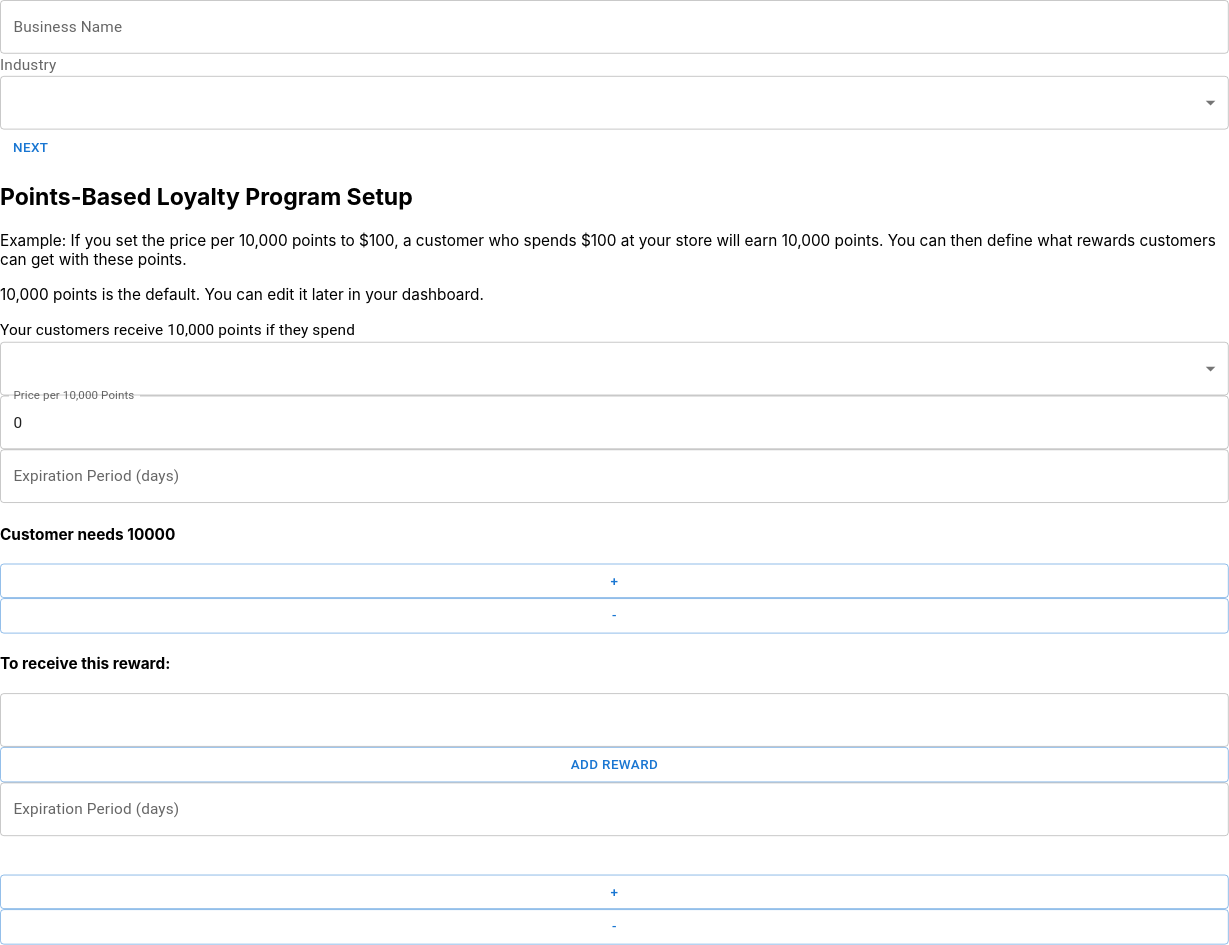
Repository: Armstrong2035/loyaltyTrackr
Page: /onboarding (app in loyalty-trackr/)
These files come from the project's save history. The page is drawn as it stood at one moment and after the next save; the edit follows.
The browser window is 1280 px wide. The pictures show the whole page, at 96% of full size.
The project was rebuilt for these pictures with package versions that can differ from the ones it lists, and the page was loaded fresh each time. Also part of the build but not shown: loyalty-trackr/src/firebase.js, loyalty-trackr/src/Authentication/Signup.js, loyalty-trackr/src/Home/Home.js, loyalty-trackr/src/Authentication/Login.js.

Above is the page before, as saved 2024-06-07 12:53:29.

### loyalty-trackr/src/App.js
import React from "react";
import { Signup } from "./Authentication/Signup";
import { HomePage } from "./Home/Home";
import { BusinessDetails } from "./Onboarding/BusinessDetails/BusinessDetails";
import Login from "./Authentication/Login";
import { Route, Routes } from "react-router-dom";
import { Onboarding } from "./Onboarding/Onboarding";

function App() {
  return (
    <>
      <Routes>
        <Route path="/" element={<HomePage />} />
        <Route path="/signup" element={<Signup />} />
        <Route path="/login" element={<Login />} />
        <Route path="/onboarding" element={<Onboarding />} />
      </Routes>
    </>
  );
}

export default App;

### loyalty-trackr/src/Onboarding/BusinessDetails/BusinessDetails.js
import React, { useState } from "react";
import {
  Button,
  FormGroup,
  InputLabel,
  MenuItem,
  Select,
  TextField,
} from "@mui/material";

const industryList = [
  "Retail",
  "Food and Beverage",
  "Health and Wellness",
  "Automotive",
  "Home Services",
  "Education and Training",
  "Entertainment and Recreation",
  "E-commerce and Online Retail",
];

export const BusinessDetails = () => {
  const [name, setName] = useState("");
  const [industry, setIndustry] = useState("");

  const handleNameChange = (e) => {
    const name = e.target.value;
    setName(name);
  };

  const handleIndustryChange = (e) => {
    const industry = e.target.value;
    setIndustry(industry);
  };

  return (
    <div>
      <FormGroup>
        <TextField
          id="business-name"
          label="Business Name"
          variant="outlined"
          value={name}
          onChange={handleNameChange}
        />

        <InputLabel id="industry">Industry</InputLabel>
        <Select
          id="select-industry"
          value={industry}
          label="Industry"
          onChange={handleIndustryChange}
        >
          {industryList.map((industry) => (
            <MenuItem value={industry}>{`${industry}`}</MenuItem>
          ))}
        </Select>
      </FormGroup>

      <Button>Next</Button>
    </div>
  );
};

### loyalty-trackr/src/Onboarding/Onboarding.js
import React from "react";
import { LoyaltySetup } from "./LoyaltySetup/LoyaltySetup";
import { BusinessDetails } from "./BusinessDetails/BusinessDetails";

export const Onboarding = () => {
  return (
    <div>
      <BusinessDetails />
      <LoyaltySetup />
    </div>
  );
};

### loyalty-trackr/src/Onboarding/LoyaltySetup/LoyaltySetup.js
import React, { useState } from "react";
import { PointsBased } from "./PointsBased/PointsBased";

export const LoyaltySetup = () => {
  return (
    <>
      <PointsBased />
    </>
  );
};

### loyalty-trackr/src/Onboarding/LoyaltySetup/PointsBased/PointsBased.js
import { Typography } from "@mui/material";
import React from "react";
import { PointsPerPurchase } from "../PointsBased/PointsPerPurchase";
import { RedemptionOption } from "./RedemptionOptions";
import { Conditions } from "./Conditions";

export const PointsBased = () => {
  return (
    <>
      <h2>Points-Based Loyalty Program Setup</h2>

      <p>
        Example: If you set the price per 10,000 points to $100, a customer who
        spends $100 at your store will earn 10,000 points. You can then define
        what rewards customers can get with these points.
      </p>

      <p>
        10,000 points is the default. You can edit it later in your dashboard.
      </p>

      <PointsPerPurchase />
      <RedemptionOption />
      <Conditions />
    </>
  );
};

### loyalty-trackr/src/Onboarding/LoyaltySetup/PointsBased/PointsPerPurchase.js
import {
  FormGroup,
  TextField,
  Select,
  Typography,
  MenuItem,
} from "@mui/material";
import React, { useState } from "react";
import { currencies } from "../../../Utility/currencies";

export const PointsPerPurchase = () => {
  const [currency, setCurrency] = useState("");
  const [price, setPrice] = useState(0);
  const [expirationPeriod, setExpirationPeriod] = useState();
  const [maximumPointsPerPurchase, setMaximumPointsPerPurchase] = useState();

  const currencyArray = currencies;

  const pointsPerPurchase = {
    points: 10000,
    pricePerPurchase: {
      amount: price,
      currency: currency,
      expiry: expirationPeriod,
      maximum: maximumPointsPerPurchase,
    },
  };

  console.log(pointsPerPurchase);

  return (
    <>
      <div>
        <Typography>
          Your customers receive 10,000 points if they spend
        </Typography>

        <FormGroup>
          <Select
            id="select-currency"
            value={currency}
            label="Currency"
            onChange={(e) => setCurrency(e.target.value)}
          >
            {currencyArray.map((currency) => (
              <MenuItem value={currency}>{`${currency}`}</MenuItem>
            ))}
          </Select>

          <TextField
            id="price"
            label="Price per 10,000 Points"
            variant="outlined"
            value={price}
            type="number"
            onChange={(e) => setPrice(e.target.value)}
          />

          <TextField
            id="expiration-period"
            label="Expiration Period (days)"
            type="number"
            value={expirationPeriod}
            onChange={(e) => setExpirationPeriod(e.target.value)}
          />
        </FormGroup>
      </div>
    </>
  );
};

### loyalty-trackr/src/Onboarding/LoyaltySetup/PointsBased/RedemptionOptions.js
import { Button, FormGroup, Stack, TextField } from "@mui/material";
import React, { useState } from "react";

/* Create array
    Add new object to array
        Object should have the following:
            Points needed
            Gift to redeem
*/

export const RedemptionOption = () => {
  const [redemptionOptions, setRedemptionOptions] = useState([]);

  let [pointsNeeded, setPointsNeeded] = useState(10000);
  const [reward, setReward] = useState("");

  const increaseRequirePoints = () => {
    setPointsNeeded(() => (pointsNeeded += 100));
  };

  const decreaseRequiredPoints = () => {
    setPointsNeeded(() => (pointsNeeded -= 100));
  };

  const handleRewardChange = (e) => {
    setReward(e.target.value);
  };

  const addRedemptionOption = () => {
    const redemptionOptionInstance = {
      points: pointsNeeded,
      reward: reward,
    };

    setRedemptionOptions((prev) => [...prev, redemptionOptionInstance]);
  };

  console.log(redemptionOptions);

  return (
    <div>
      <Stack>
        <h4>{`Customer needs ${pointsNeeded}`}</h4>
        <Button variant="outlined" onClick={increaseRequirePoints}>
          +
        </Button>
        <Button variant="outlined" onClick={decreaseRequiredPoints}>
          -
        </Button>

        <h4>To receive this reward:</h4>
        <TextField id="reward" value={reward} onChange={handleRewardChange} />

        <Button variant="outlined" onClick={addRedemptionOption}>
          Add reward
        </Button>
      </Stack>
    </div>
  );
};

### loyalty-trackr/src/Onboarding/LoyaltySetup/PointsBased/Conditions.js
import { FormGroup, TextField, Button } from "@mui/material";
import React, { useState } from "react";

export const Conditions = () => {
  const [expirationPeriod, setExpirationPeriod] = useState();
  let [maximumPointsPerPurchase, setMaximumPointsPerPurchase] = useState();
  const [conditions, setConditions] = useState();

  const increaseMaximumPoints = () => {
    setMaximumPointsPerPurchase(() => (maximumPointsPerPurchase += 100));
  };

  const decreaseMaximumPoints = () => {
    setMaximumPointsPerPurchase(() => (maximumPointsPerPurchase -= 100));
  };

  const handleConditionsChange = () => {
    const conditions = {
      pointsExpiry: expirationPeriod,
      maximumPointsObtainable: maximumPointsPerPurchase,
    };

    setConditions(conditions);
  };

  return (
    <div>
      <FormGroup>
        <TextField
          id="expiration-period"
          label="Expiration Period (days)"
          type="number"
          value={expirationPeriod}
          onChange={(e) => setExpirationPeriod(e.target.value)}
        />

        <h2>{maximumPointsPerPurchase}</h2>

        <Button variant="outlined" onClick={increaseMaximumPoints}>
          +
        </Button>
        <Button variant="outlined" onClick={decreaseMaximumPoints}>
          -
        </Button>
      </FormGroup>
    </div>
  );
};

### loyalty-trackr/src/Utility/currencies.js
export const currencies = [
  "Afghan Afghani (AFN)",
  "Albanian Lek (ALL)",
  "Algerian Dinar (DZD)",
  "Angolan Kwanza (AOA)",
  "Argentine Peso (ARS)",
  "Armenian Dram (AMD)",
  "Aruban Florin (AWG)",
  "Australian Dollar (AUD)",
  "Azerbaijani Manat (AZN)",
  "Bahamian Dollar (BSD)",
  "Bahraini Dinar (BHD)",
  "Bangladeshi Taka (BDT)",
  "Barbadian Dollar (BBD)",
  "Belarusian Ruble (BYN)",
  "Belize Dollar (BZD)",
  "Bermudian Dollar (BMD)",
  "Bhutanese Ngultrum (BTN)",
  "Bolivian Boliviano (BOB)",
  "Bosnia-Herzegovina Convertible Mark (BAM)",
  "Botswana Pula (BWP)",
  "Brazilian Real (BRL)",
  "Brunei Dollar (BND)",
  "Bulgarian Lev (BGN)",
  "Burundian Franc (BIF)",
  "Cambodian Riel (KHR)",
  "Canadian Dollar (CAD)",
  "Cape Verdean Escudo (CVE)",
  "Cayman Islands Dollar (KYD)",
  "Central African CFA Franc (XAF)",
  "Chilean Peso (CLP)",
  "Chinese Yuan (CNY)",
  "Colombian Peso (COP)",
  "Comorian Franc (KMF)",
  "Congolese Franc (CDF)",
  "Costa Rican Colón (CRC)",
  "Croatian Kuna (HRK)",
  "Cuban Peso (CUP)",
  "Czech Koruna (CZK)",
  "Danish Krone (DKK)",
  "Djiboutian Franc (DJF)",
  "Dominican Peso (DOP)",
  "East Caribbean Dollar (XCD)",
  "Egyptian Pound (EGP)",
  "Eritrean Nakfa (ERN)",
  "Ethiopian Birr (ETB)",
  "Euro (EUR)",
  "Falkland Islands Pound (FKP)",
  "Fiji Dollar (FJD)",
  "Gambian Dalasi (GMD)",
  "Georgian Lari (GEL)",
  "Ghanaian Cedi (GHS)",
  "Gibraltar Pound (GIP)",
  "Guatemalan Quetzal (GTQ)",
  "Guinean Franc (GNF)",
  "Guyanese Dollar (GYD)",
  "Haitian Gourde (HTG)",
  "Honduran Lempira (HNL)",
  "Hong Kong Dollar (HKD)",
  "Hungarian Forint (HUF)",
  "Icelandic Króna (ISK)",
  "Indian Rupee (INR)",
  "Indonesian Rupiah (IDR)",
  "Iranian Rial (IRR)",
  "Iraqi Dinar (IQD)",
  "Israeli New Shekel (ILS)",
  "Jamaican Dollar (JMD)",
  "Japanese Yen (JPY)",
  "Jordanian Dinar (JOD)",
  "Kazakhstani Tenge (KZT)",
  "Kenyan Shilling (KES)",
  "Kuwaiti Dinar (KWD)",
  "Kyrgyzstani Som (KGS)",
  "Lao Kip (LAK)",
  "Lebanese Pound (LBP)",
  "Lesotho Loti (LSL)",
  "Liberian Dollar (LRD)",
  "Libyan Dinar (LYD)",
  "Macanese Pataca (MOP)",
  "Macedonian Denar (MKD)",
  "Malagasy Ariary (MGA)",
  "Malawian Kwacha (MWK)",
  "Malaysian Ringgit (MYR)",
  "Maldivian Rufiyaa (MVR)",
  "Mauritanian Ouguiya (MRU)",
  "Mauritian Rupee (MUR)",
  "Mexican Peso (MXN)",
  "Moldovan Leu (MDL)",
  "Mongolian Tugrik (MNT)",
  "Moroccan Dirham (MAD)",
  "Mozambican Metical (MZN)",
  "Myanmar Kyat (MMK)",
  "Namibian Dollar (NAD)",
  "Nepalese Rupee (NPR)",
  "Netherlands Antillean Guilder (ANG)",
  "New Taiwan Dollar (TWD)",
  "New Zealand Dollar (NZD)",
  "Nicaraguan Córdoba (NIO)",
  "Nigerian Naira (NGN)",
  "North Korean Won (KPW)",
  "Norwegian Krone (NOK)",
  "Omani Rial (OMR)",
  "Pakistani Rupee (PKR)",
  "Panamanian Balboa (PAB)",
  "Papua New Guinean Kina (PGK)",
  "Paraguayan Guaraní (PYG)",
  "Peruvian Sol (PEN)",
  "Philippine Peso (PHP)",
  "Polish Złoty (PLN)",
  "Pound Sterling (GBP)",
  "Qatari Riyal (QAR)",
  "Romanian Leu (RON)",
  "Russian Ruble (RUB)",
  "Rwandan Franc (RWF)",
  "Saint Helena Pound (SHP)",
  "Salvadoran Colón (SVC)",
  "Samoan Tala (WST)",
  "São Tomé and Príncipe Dobra (STN)",
  "Saudi Riyal (SAR)",
  "Serbian Dinar (RSD)",
  "Seychellois Rupee (SCR)",
  "Sierra Leonean Leone (SLL)",
  "Singapore Dollar (SGD)",
  "Solomon Islands Dollar (SBD)",
  "Somali Shilling (SOS)",
  "South African Rand (ZAR)",
  "South Korean Won (KRW)",
  "South Sudanese Pound (SSP)",
  "Sri Lankan Rupee (LKR)",
  "Sudanese Pound (SDG)",
  "Surinamese Dollar (SRD)",
  "Swazi Lilangeni (SZL)",
  "Swedish Krona (SEK)",
  "Swiss Franc (CHF)",
  "Syrian Pound (SYP)",
  "Tajikistani Somoni (TJS)",
  "Tanzanian Shilling (TZS)",
  "Thai Baht (THB)",
  "Tongan Paanga (TOP)",
  "Trinidad and Tobago Dollar (TTD)",
  "Tunisian Dinar (TND)",
  "Turkish Lira (TRY)",
  "Turkmenistan Manat (TMT)",
  "Ugandan Shilling (UGX)",
  "Ukrainian Hryvnia (UAH)",
  "United Arab Emirates Dirham (AED)",
  "United States Dollar (USD)",
  "Uruguayan Peso (UYU)",
  "Uzbekistani Som (UZS)",
  "Vanuatu Vatu (VUV)",
  "Venezuelan Bolívar Soberano (VES)",
  "Vietnamese Đồng (VND)",
  "West African CFA franc (XOF)",
  "Yemeni Rial (YER)",
  "Zambian Kwacha (ZMW)",
  "Zimbabwean Dollar (ZWL)",
];

Loaded but not shown: loyalty-trackr/public/index.html (common file); loyalty-trackr/src/index.js (common file); loyalty-trackr/src/index.css (common file); loyalty-trackr/src/reportWebVitals.js (common file)

After the next save:
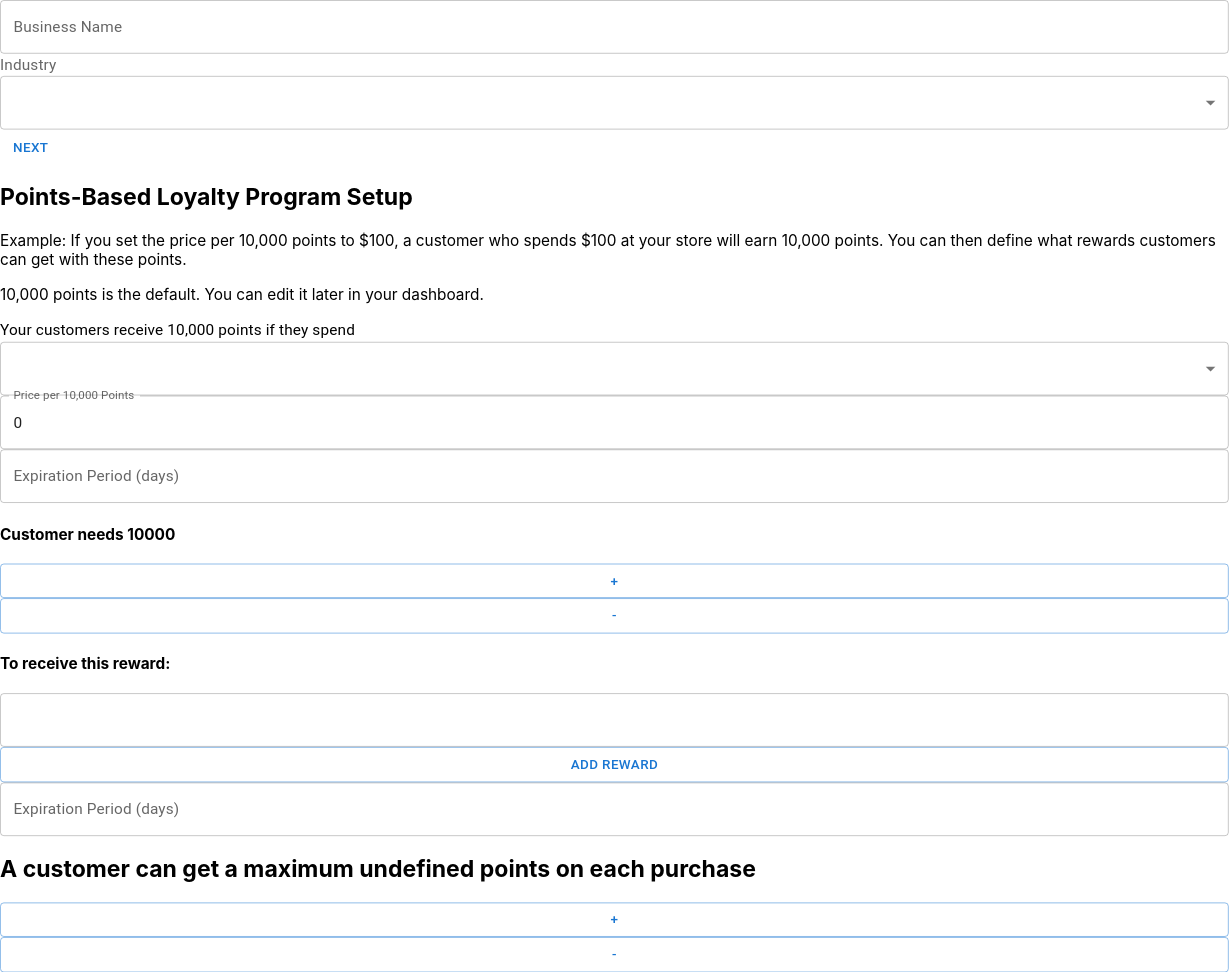
Saved 77 s later.
--- a/loyalty-trackr/src/Onboarding/LoyaltySetup/PointsBased/Conditions.js
+++ b/loyalty-trackr/src/Onboarding/LoyaltySetup/PointsBased/Conditions.js
@@ -34,7 +34,7 @@ export const Conditions = () => {
           onChange={(e) => setExpirationPeriod(e.target.value)}
         />
 
-        <h2>{maximumPointsPerPurchase}</h2>
+        <h2>{`A customer can get a maximum ${maximumPointsPerPurchase} points on each purchase `}</h2>
 
         <Button variant="outlined" onClick={increaseMaximumPoints}>
           +
